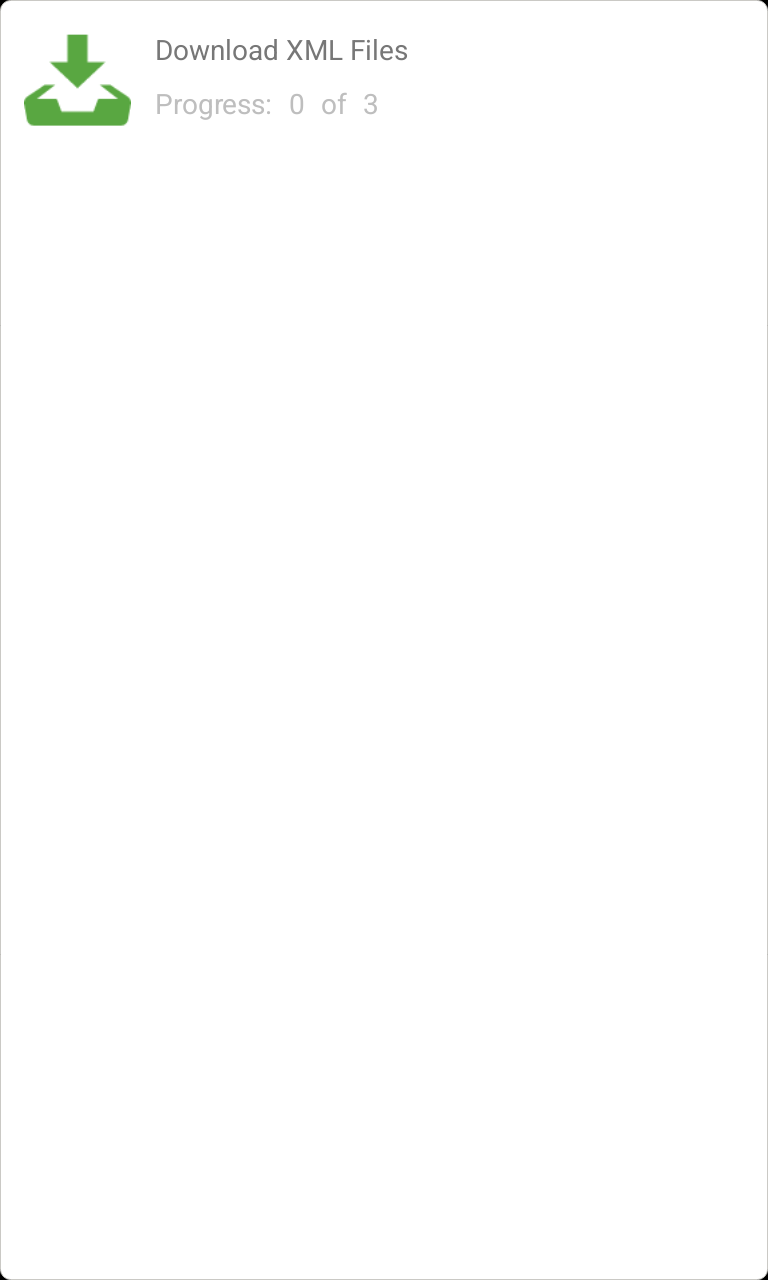
Repository: easyCZ/UoE-Projects
Layout: UG3-SELP/res/layout/download_and_parse.xml
These files come from the project's save history. The layout is drawn as it stood at one moment and after the next save; the edit follows.
It is drawn on a 768 x 1280 px phone screen (xhdpi) without system bars, with theme android:Theme.Black.NoTitleBar; the app's code is not run.

Above is the layout before, as saved 2013-12-06 16:01:55.

### UG3-SELP/res/layout/download_and_parse.xml
<RelativeLayout
    xmlns:android="http://schemas.android.com/apk/res/android"
   	android:layout_width="match_parent"
    android:layout_height="60dp"
	android:background="@drawable/download_and_parse_style"
	android:id="@+id/download_and_parse"
	android:layout_margin="10dp"
	android:layout_below="@id/titleBar" >

    <ImageView
        android:id="@+id/imageView1"
        android:layout_width="wrap_content"
        android:layout_height="wrap_content"
        android:layout_alignParentLeft="true"
        android:layout_alignParentTop="true"
        android:padding="12dp"
        android:src="@drawable/download2" />

    <TextView
        android:id="@+id/textView1"
        android:layout_width="wrap_content"
        android:layout_height="wrap_content"
        android:layout_alignParentTop="true"
        android:layout_marginTop="15dp"
        android:layout_toRightOf="@+id/imageView1"
        android:text="Download XML Files"
        android:textColor="#777777" />

    <TextView
        android:paddingTop="8dp"
        android:id="@+id/textView2"
        android:layout_width="wrap_content"
        android:layout_height="wrap_content"
        android:layout_alignLeft="@+id/textView1"
        android:layout_below="@+id/textView1"
        android:text="Progress:" />

    <TextView
        android:paddingLeft="8dp"
        android:paddingRight="8dp"
        android:id="@+id/textView3"
        android:layout_width="wrap_content"
        android:layout_height="wrap_content"
        android:layout_alignBaseline="@+id/textView2"
        android:layout_alignBottom="@+id/textView2"
        android:layout_toRightOf="@+id/textView2"
        android:text="0" />

    <TextView
        android:paddingRight="8dp"
        android:id="@+id/textView4"
        android:layout_width="wrap_content"
        android:layout_height="wrap_content"
        android:layout_alignBaseline="@+id/textView3"
        android:layout_alignBottom="@+id/textView3"
        android:layout_toRightOf="@+id/textView3"
        android:text="of" />

    <TextView
        android:id="@+id/textView5"
        android:layout_width="wrap_content"
        android:layout_height="wrap_content"
        android:layout_alignBaseline="@+id/textView4"
        android:layout_alignBottom="@+id/textView4"
        android:layout_toRightOf="@+id/textView4"
        android:text="3" />

</RelativeLayout>

### UG3-SELP/res/drawable/download_and_parse_style.xml
<?xml version="1.0" encoding="utf-8"?>
<shape xmlns:android="http://schemas.android.com/apk/res/android"
    android:shape="rectangle">
    <solid android:color="#ffffff"/>
    <corners android:radius="5dp"/>
    <stroke android:color="#cac9c5" android:width="1px"/>

</shape>

After the next save:
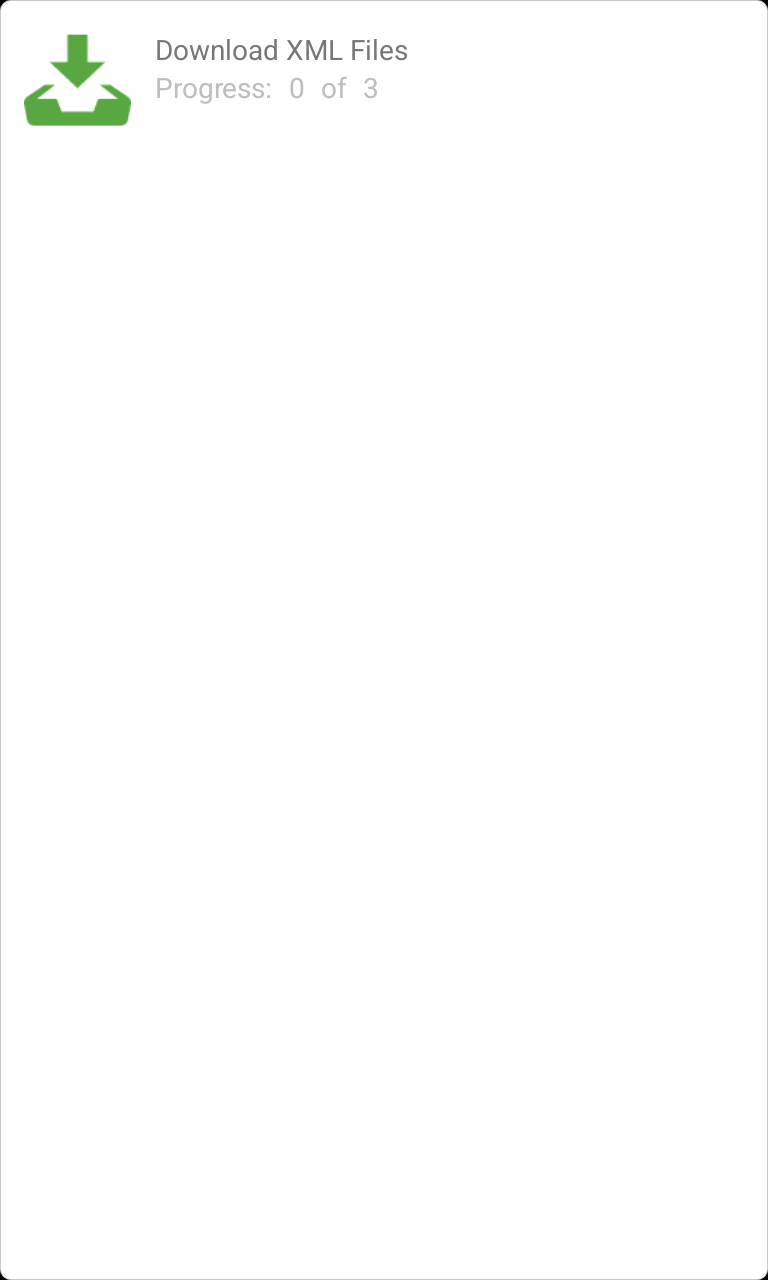
Saved 32 s later.
--- a/UG3-SELP/res/layout/download_and_parse.xml
+++ b/UG3-SELP/res/layout/download_and_parse.xml
@@ -27,7 +27,6 @@
         android:textColor="#777777" />
 
     <TextView
-        android:paddingTop="8dp"
         android:id="@+id/textView2"
         android:layout_width="wrap_content"
         android:layout_height="wrap_content"
